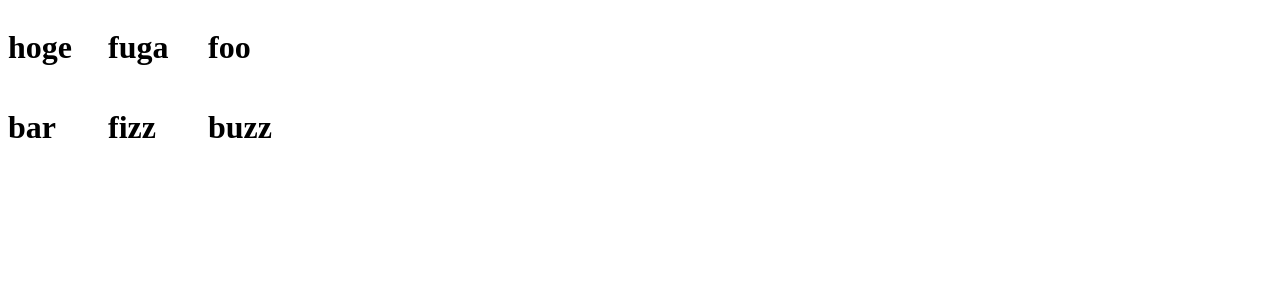
Repository: REO0315/samurai_HTML-CSS
Page: samurai/index.html
The author's editor kept a record of every edit. The page is drawn from the files as they stood at one moment, then again after the next edit.
The browser window is 1280 px wide. The pictures show the whole page.

Above is the page before.

After the next edit:
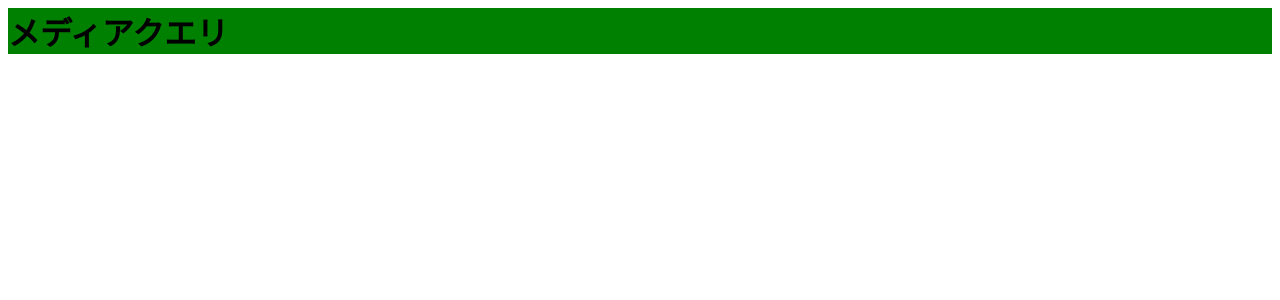
The edit:
--- a/samurai/index.html
+++ b/samurai/index.html
@@ -1,24 +1,28 @@
-<!DOCTYPE html>
 <html lang="ja">
-<head>
-    <meta charset="UTF-8">
-    <title>Document</title>
-    <style type="text/css">
-       #grid{
-         display:grid;
-         grid-template-columns:100px 100px 100px;
-       }
-    </style>
-</head>
-<body>
-    <div id="grid">
-      <h1>hoge</h1>
-      <h1>fuga</h1>
-      <h1>foo</h1>
-      <h1>bar</h1>
-      <h1>fizz</h1>
-      <h1>buzz</h1>
+    <head>
+        <meta name="viewport" content="width=device-width, initial-scale=1">
+        <meta charset="UTF-8">
+        <style>
+            .media {
+                background-color: blue;
+            }
 
-    </div>
-</body>
+            @media screen and (min-width:480px) {
+                .media {
+                    background-color: red;
+                }
+            }
+
+            @media screen and (min-width:640px) {
+                .media {
+                    background-color: green;
+                }
+            }
+        </style>
+    </head>
+    <body>
+        <div class="media">
+            <h1>メディアクエリ</h1>
+        </body>
+    </body>
 </html>
